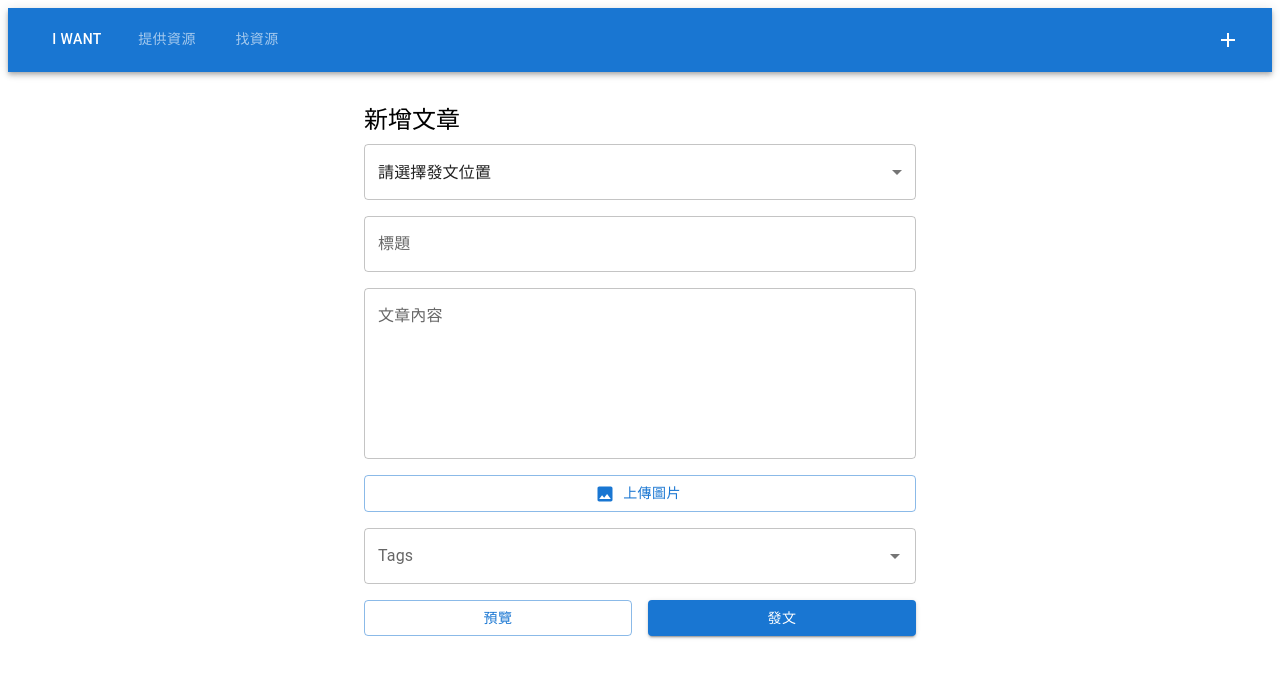
Repository: Angelaliii/SA
Page: /publish (app in next/)
An editor plug-in stored every save of this project. The page is shown before and after a run of saves, followed by the edit.
The browser window is 1280 px wide. The pictures show the whole page.
The project was rebuilt for these pictures with package versions that can differ from the ones it lists, and the page was loaded fresh each time. The framework's server and built-in components were replaced by stand-ins that run in the browser.

Above is the page before, as saved 2025-03-24 17:01:43.

### next/app/publish/page.tsx
'use client';
import React, { useState } from 'react';
import {
  AppBar, Toolbar, Tabs, Tab, IconButton, Container,
  Box, TextField, Select, MenuItem, Autocomplete, Button,
  Typography, Stack, Dialog, DialogTitle, DialogContent, DialogActions
} from '@mui/material';
import AddIcon from '@mui/icons-material/Add';
import ImageIcon from '@mui/icons-material/Image';

const options = ['I want', '提供資源', '找資源'];
const postLocations = ['版塊1', '版塊2', '版塊3'];
const tagOptions = ['教學', '求助', '公告'];

export default function PublishPage() {
  const [tabIndex, setTabIndex] = useState(0);
  const [location, setLocation] = useState('');
  const [title, setTitle] = useState('');
  const [content, setContent] = useState('');
  const [tags, setTags] = useState<string[]>([]);
  const [imageFile, setImageFile] = useState<File | null>(null);
  const [previewOpen, setPreviewOpen] = useState(false);

  const handleImageUpload = (e: React.ChangeEvent<HTMLInputElement>) => {
    if (e.target.files && e.target.files[0]) {
      setImageFile(e.target.files[0]);
    }
  };

  return (
    <Box>
      <AppBar position="static">
        <Toolbar>
          <Tabs value={tabIndex} onChange={(_, val) => setTabIndex(val)} textColor="inherit">
            {options.map((label, idx) => <Tab key={idx} label={label} />)}
          </Tabs>
          <Box sx={{ flexGrow: 1 }} />
          <IconButton color="inherit">
            <AddIcon />
          </IconButton>
        </Toolbar>
      </AppBar>

      <Container maxWidth="sm" sx={{ mt: 4 }}>
        <Typography variant="h5" gutterBottom>新增文章</Typography>
        <Stack spacing={2}>
          <Select
            fullWidth
            value={location}
            onChange={(e) => setLocation(e.target.value)}
            displayEmpty
          >
            <MenuItem value="" disabled hidden>請選擇發文位置</MenuItem>
            {postLocations.map((loc, idx) => (
              <MenuItem key={idx} value={loc}>{loc}</MenuItem>
            ))}
          </Select>

          <TextField fullWidth label="標題" value={title} onChange={(e) => setTitle(e.target.value)} />

          <TextField
            fullWidth
            label="文章內容"
            multiline
            rows={6}
            value={content}
            onChange={(e) => setContent(e.target.value)}
            placeholder="P1、雙貼圖..."
          />

          <Button
            component="label"
            variant="outlined"
            startIcon={<ImageIcon />}
          >
            上傳圖片
            <input type="file" hidden onChange={handleImageUpload} />
          </Button>
          {imageFile && <Typography variant="body2">已選擇：{imageFile.name}</Typography>}

          <Autocomplete
            multiple
            options={tagOptions}
            value={tags}
            onChange={(_, newValue) => setTags(newValue)}
            renderInput={(params) => <TextField {...params} label="Tags" />}
          />

          <Stack direction="row" spacing={2}>
            <Button
              variant="outlined"
              fullWidth
              onClick={() => setPreviewOpen(true)}
            >
              預覽
            </Button>
            <Button variant="contained" color="primary" fullWidth>
              發文
            </Button>
          </Stack>
        </Stack>
      </Container>

      {/* 預覽 Dialog */}
      <Dialog open={previewOpen} onClose={() => setPreviewOpen(false)} fullWidth maxWidth="sm">
        <DialogTitle>文章預覽</DialogTitle>
        <DialogContent dividers>
          <Typography variant="h6" gutterBottom>{title}</Typography>
          <Typography variant="body1" sx={{ whiteSpace: 'pre-line' }}>{content}</Typography>
          {imageFile && (
            <Box sx={{ mt: 2 }}>
              <Typography variant="body2" gutterBottom>圖片檔案：</Typography>
              <Typography variant="body2">{imageFile.name}</Typography>
            </Box>
          )}
          {tags.length > 0 && (
            <Box sx={{ mt: 2 }}>
              <Typography variant="body2">Tags: {tags.join(', ')}</Typography>
            </Box>
          )}
        </DialogContent>
        <DialogActions>
          <Button onClick={() => setPreviewOpen(false)}>關閉</Button>
        </DialogActions>
      </Dialog>
    </Box>
  );
}

After the next 3 saves:
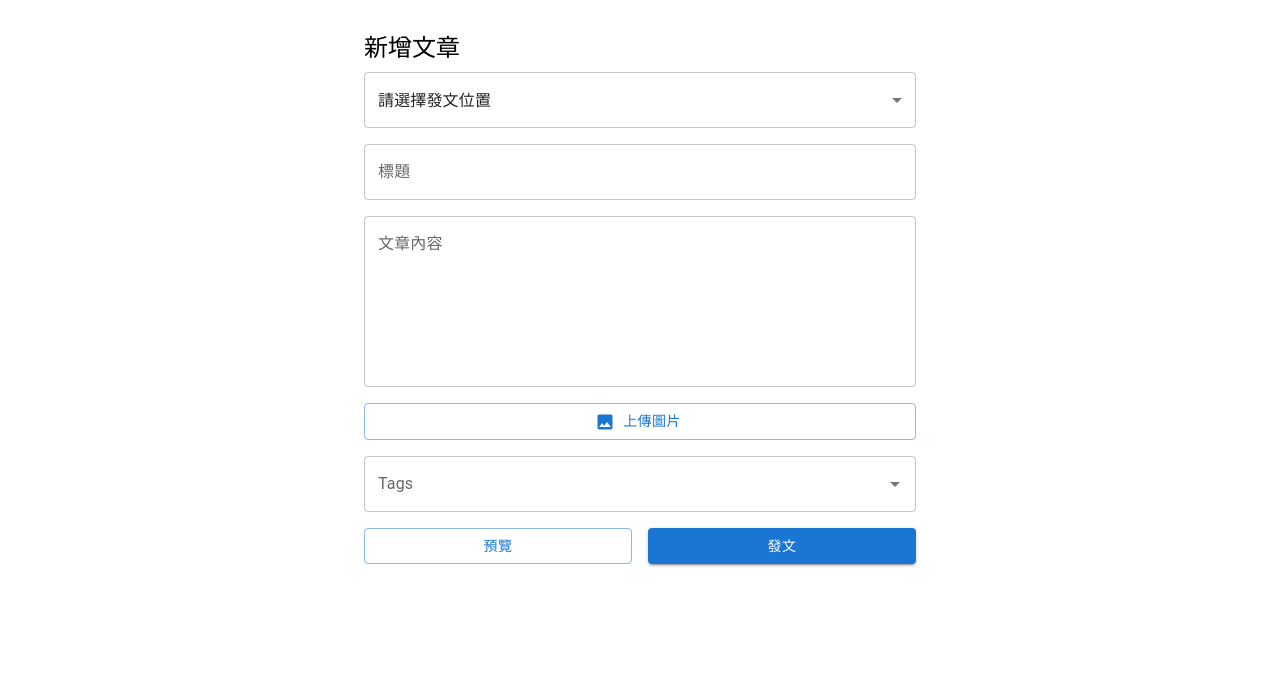
The 3 saves are shown as one change because they came seconds apart.
The last was saved 9 s later.
--- a/next/app/publish/page.tsx
+++ b/next/app/publish/page.tsx
@@ -29,17 +29,6 @@ export default function PublishPage() {
 
   return (
     <Box>
-      <AppBar position="static">
-        <Toolbar>
-          <Tabs value={tabIndex} onChange={(_, val) => setTabIndex(val)} textColor="inherit">
-            {options.map((label, idx) => <Tab key={idx} label={label} />)}
-          </Tabs>
-          <Box sx={{ flexGrow: 1 }} />
-          <IconButton color="inherit">
-            <AddIcon />
-          </IconButton>
-        </Toolbar>
-      </AppBar>
 
       <Container maxWidth="sm" sx={{ mt: 4 }}>
         <Typography variant="h5" gutterBottom>新增文章</Typography>
